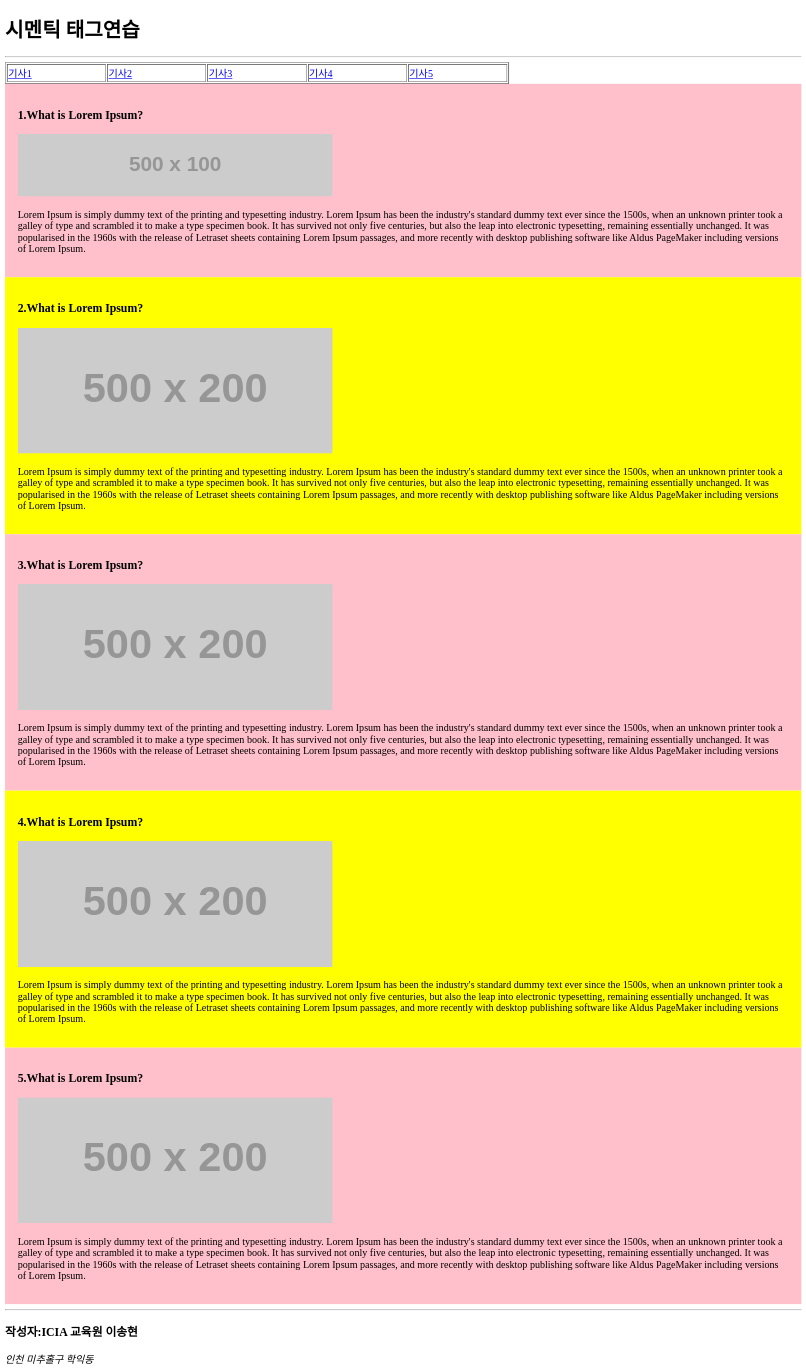
Repository: kmg8138/html
Page: 2020.04.06/ex0406/WebContent/ex06.html
These files come from the project's save history. The page is drawn as it stood at one moment and after the next save; the edit follows.
The browser window is 1280 px wide. The pictures show the whole page, at 63% of full size.

Above is the page before, as saved 2020-04-06 07:17:58.

### 2020.04.06/ex0406/WebContent/ex06.html
<!DOCTYPE html>
<html>
<head>
	<meta charset="UTF-8">
	<style>
		article{background: yellow; padding:20px;}
		#a1, #a3, #a5{background: pink;}
	</style>
	<title>시멘틱태그 연습</title>
</head>
<body>
	<header>
		<h1>시멘틱 태그연습</h1>
		<hr/>
	</header>

	<nav>
		<table width=800 border=1>
			<tr>
				<td><a href="#a1">기사1</a></td>
				<td><a href="#a2">기사2</a></td>
				<td><a href="#a3">기사3</a></td>
				<td><a href="#a4">기사4</a></td>
				<td><a href="#a5">기사5</a></td>
			</tr>
		</table>
	</nav>

	<section>
		<article id="a1">
			<h3>1.What is Lorem Ipsum?</h3>
			<img src="http://placehold.it/500x100"/>
			<p>
			Lorem Ipsum is simply dummy text of the printing and typesetting industry.
			Lorem Ipsum has been the industry's standard dummy text ever since the 1500s,
			when an unknown printer took a galley of type and scrambled it to make a type specimen book.
			It has survived not only five centuries, but also the leap into electronic typesetting, remaining essentially unchanged.
			It was popularised in the 1960s with the release of Letraset sheets containing Lorem Ipsum passages,
			and more recently with desktop publishing software like Aldus PageMaker including versions of Lorem Ipsum.
			</p>
		</article>
		<article id="a2">
			<h3>2.What is Lorem Ipsum?</h3>
			<img src="http://placehold.it/500x200"/>
			<p>
			Lorem Ipsum is simply dummy text of the printing and typesetting industry.
			Lorem Ipsum has been the industry's standard dummy text ever since the 1500s,
			when an unknown printer took a galley of type and scrambled it to make a type specimen book.
			It has survived not only five centuries, but also the leap into electronic typesetting, remaining essentially unchanged.
			It was popularised in the 1960s with the release of Letraset sheets containing Lorem Ipsum passages,
			and more recently with desktop publishing software like Aldus PageMaker including versions of Lorem Ipsum.
			</p>
		</article>
		<article id="a3">
			<h3>3.What is Lorem Ipsum?</h3>
			<img src="http://placehold.it/500x200"/>
			<p>
			Lorem Ipsum is simply dummy text of the printing and typesetting industry.
			Lorem Ipsum has been the industry's standard dummy text ever since the 1500s,
			when an unknown printer took a galley of type and scrambled it to make a type specimen book.
			It has survived not only five centuries, but also the leap into electronic typesetting, remaining essentially unchanged.
			It was popularised in the 1960s with the release of Letraset sheets containing Lorem Ipsum passages,
			and more recently with desktop publishing software like Aldus PageMaker including versions of Lorem Ipsum.
			</p>
		</article>
		<article id="a4">
			<h3>4.What is Lorem Ipsum?</h3>
			<img src="http://placehold.it/500x200"/>
			<p>
			Lorem Ipsum is simply dummy text of the printing and typesetting industry.
			Lorem Ipsum has been the industry's standard dummy text ever since the 1500s,
			when an unknown printer took a galley of type and scrambled it to make a type specimen book.
			It has survived not only five centuries, but also the leap into electronic typesetting, remaining essentially unchanged.
			It was popularised in the 1960s with the release of Letraset sheets containing Lorem Ipsum passages,
			and more recently with desktop publishing software like Aldus PageMaker including versions of Lorem Ipsum.
			</p>
		</article>
		<article id="a5">
			<h3>5.What is Lorem Ipsum?</h3>
			<img src="http://placehold.it/500x200"/>
			<p>
			Lorem Ipsum is simply dummy text of the printing and typesetting industry.
			Lorem Ipsum has been the industry's standard dummy text ever since the 1500s,
			when an unknown printer took a galley of type and scrambled it to make a type specimen book.
			It has survived not only five centuries, but also the leap into electronic typesetting, remaining essentially unchanged.
			It was popularised in the 1960s with the release of Letraset sheets containing Lorem Ipsum passages,
			and more recently with desktop publishing software like Aldus PageMaker including versions of Lorem Ipsum.
			</p>
		</article>
	</section>

	<footer>
		<hr/>
		<h3>작성자:ICIA 교육원 이송현</h3>
		<address>인천 미추홀구 학익동</address>
	</footer>
</body>
</html>

After the next save:
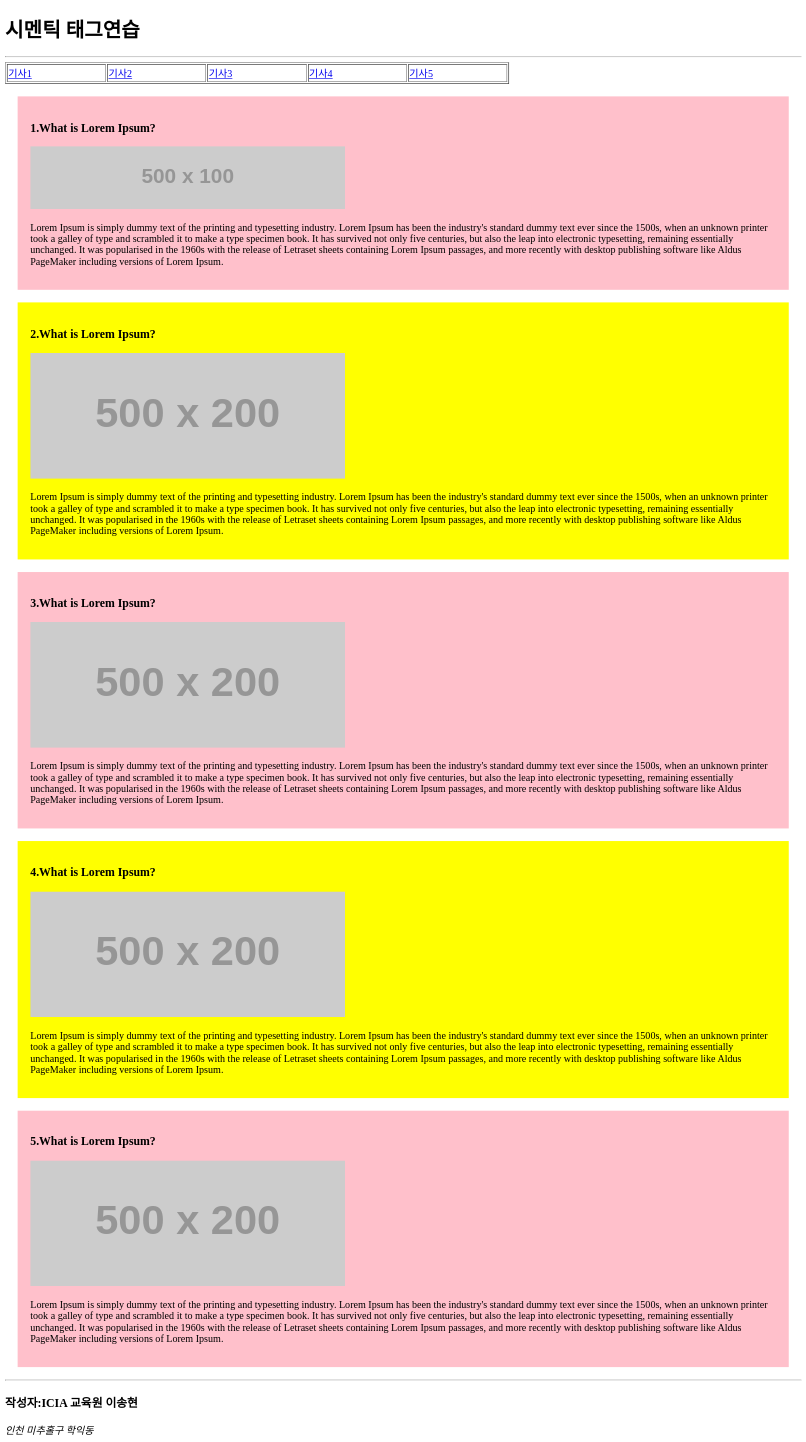
Saved 14 s later.
--- a/2020.04.06/ex0406/WebContent/ex06.html
+++ b/2020.04.06/ex0406/WebContent/ex06.html
@@ -3,7 +3,7 @@
 <head>
 	<meta charset="UTF-8">
 	<style>
-		article{background: yellow; padding:20px;}
+		article{background: yellow; padding:20px; margin:20px;}
 		#a1, #a3, #a5{background: pink;}
 	</style>
 	<title>시멘틱태그 연습</title>
